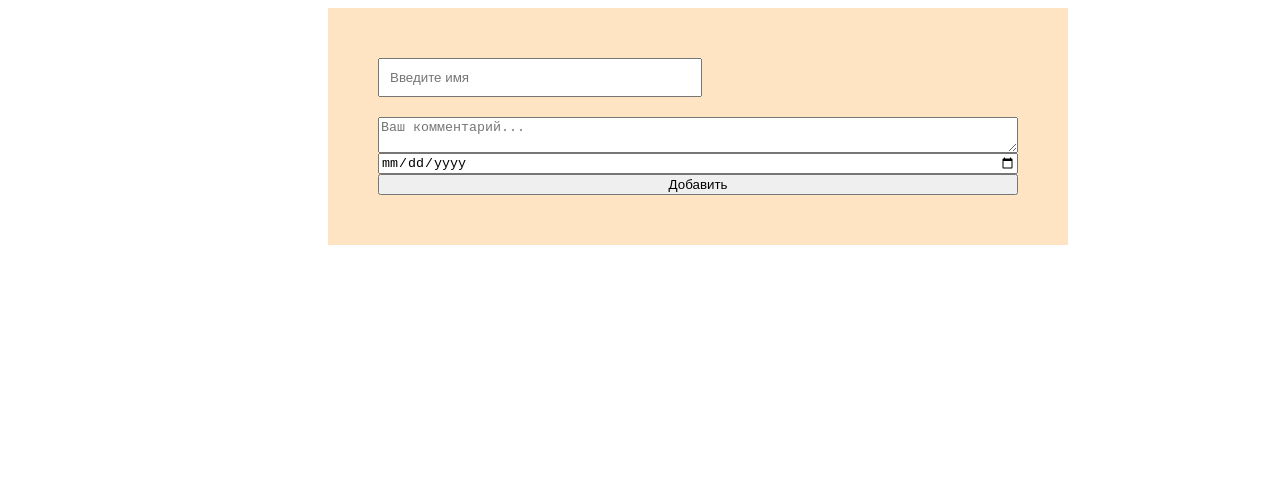
Repository: Grid-Master/commentList
Page: index.html
The author's editor kept a copy of each file at every save. The page is drawn from the files as they stood at one save, then again after the next save.
The browser window is 1280 px wide. The pictures show the whole page.

Above is the page before, as saved 2023-03-06 21:39:51.

### index.html
<!DOCTYPE html>
<html lang="en">
  <head>
    <meta charset="UTF-8" />
    <meta http-equiv="X-UA-Compatible" content="IE=edge" />
    <meta name="viewport" content="width=device-width, initial-scale=1.0" />
    <title>Comments</title>
    <style>
      form {
        width: 50vw;
        margin-left: 25vw;
        background-color: bisque;
        display: flex;
        flex-direction: column;
        padding: 50px;
      }

      input[type='text'] {
        width: 300px;
        padding: 10px;
        margin-bottom: 20px;
      }
    </style>
  </head>
  <body>
    <form>
      <input type="text" placeholder="Введите имя" />
      <textarea placeholder="Ваш комментарий..."></textarea>
      <input type="date" />
      <button>Добавить</button>
    </form>
  </body>
</html>

After the next save:
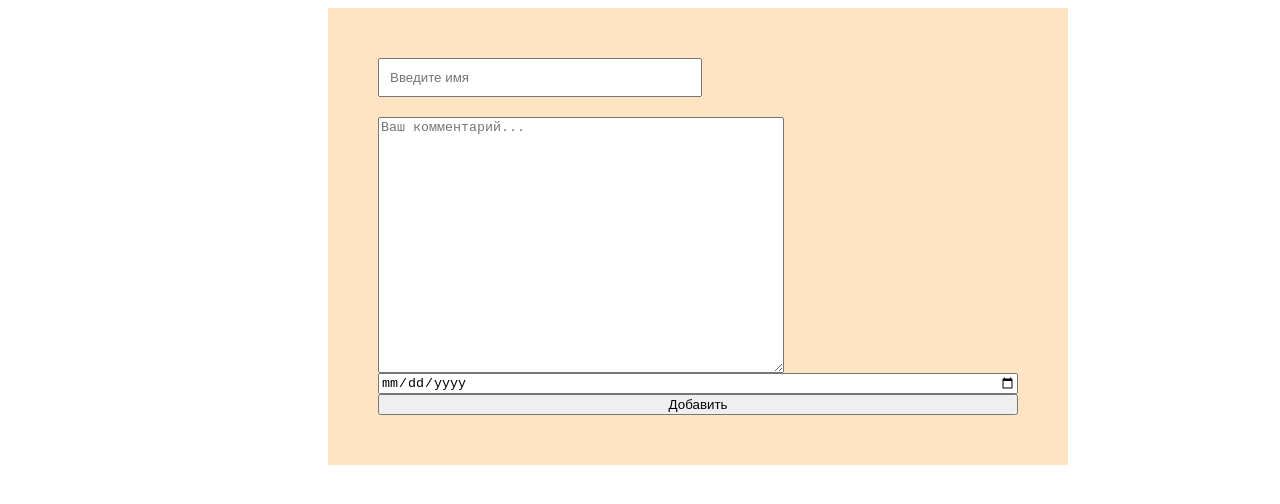
Saved 28 s later.
--- a/index.html
+++ b/index.html
@@ -20,6 +20,10 @@
         padding: 10px;
         margin-bottom: 20px;
       }
+      textarea {
+        width: 400px;
+        height: 250px;
+      }
     </style>
   </head>
   <body>
